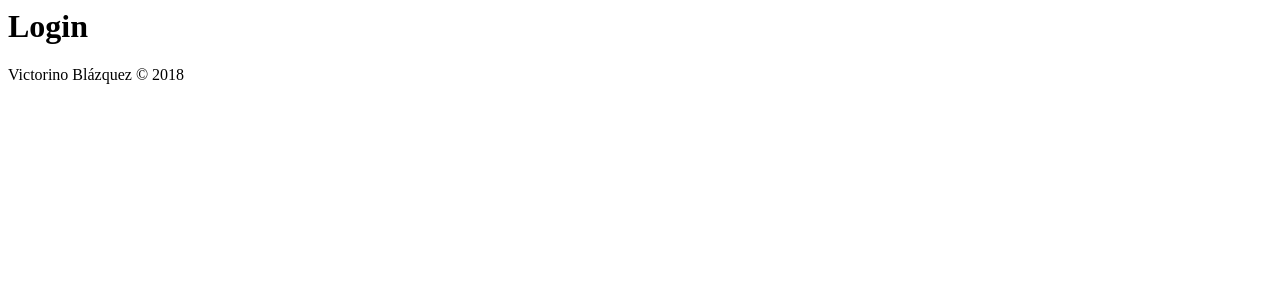
Repository: VictorinoBF97/ProjectPHP
Page: http://localhost/project/login/index.php
These files come from the project's save history. The page is drawn as it stood at one moment and after the next save; the edit follows.
The browser window is 1280 px wide. The pictures show the whole page.
The page is run by PHP 8.4 with error messages shown; the project is at /var/www/html/.

Above is the page before, as saved 2018-11-18 10:39:31.

### login/index.php
<?php

    require_once '../setup.php';
    require_once '../database/conexion.php';

?>




<!--Body-->
<h1>Login</h1>
<!--End Body -->

<?php
require_once '../includes/footer.php';
?>

### setup.php
<?php
//Construimos la URL
//TAREA: AÑADIR SOPORTE PARA EL PUERTO
$url = $_SERVER['REQUEST_SCHEME']."://";
$serverName = $_SERVER['SERVER_NAME']."/";
$urlParts = explode("/",$_SERVER['REQUEST_URI']);
    $request = $urlParts[1];

/** URL principal de la aplicación */
define ('APP_URL', $url.$serverName.$request);

/** Directorio principal de la aplicación en el servidor */
define ('APP_PATH', __DIR__);

/** Nombre de la aplicación */
define ('APP_NAME','project');

// Iniciar la sesion
session_start();

### database/conexion.php
<?php
//Recibe un servidor, el usuario,contraseña
$db = mysqli_connect("localhost", "root", "", "projectdb");
// if(mysqli_connect_errno()){
//     die("No hemos realizado correctamente la conexión a la BD");
// }else{
//     die("La conexión ha sido un éxito Houston");
// }
mysqli_query($db, "SET NAMES 'utf8'");
?>

### includes/footer.php
<footer id="footer" class="pb-4 pt-4">
    <div class="container">
        <div class="row text-center">
            <div class="col-12 col-lg">
                Victorino Blázquez &copy; 2018
            </div>
        </div>
    </div>
</footer>

<!-- Optional JavaScript -->
    <!-- jQuery first, then Popper.js, then Bootstrap JS -->
    <script src="https://code.jquery.com/jquery-3.3.1.slim.min.js" integrity="sha384-q8i/X+965DzO0rT7abK41JStQIAqVgRVzpbzo5smXKp4YfRvH+8abtTE1Pi6jizo" crossorigin="anonymous"></script>
    <script src="https://cdnjs.cloudflare.com/ajax/libs/popper.js/1.14.3/umd/popper.min.js" integrity="sha384-ZMP7rVo3mIykV+2+9J3UJ46jBk0WLaUAdn689aCwoqbBJiSnjAK/l8WvCWPIPm49" crossorigin="anonymous"></script>
    <script src="https://stackpath.bootstrapcdn.com/bootstrap/4.1.3/js/bootstrap.min.js" integrity="sha384-ChfqqxuZUCnJSK3+MXmPNIyE6ZbWh2IMqE241rYiqJxyMiZ6OW/JmZQ5stwEULTy" crossorigin="anonymous"></script>

    </body>
</html>

After the next save:
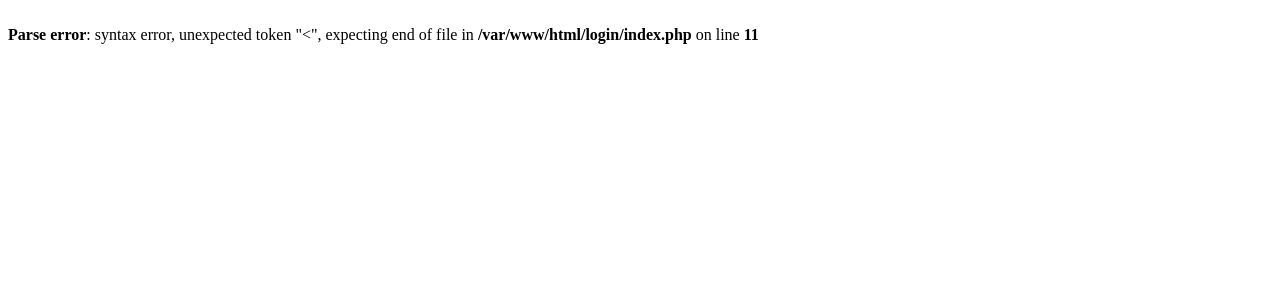
Saved 5 s later.
--- a/login/index.php
+++ b/login/index.php
@@ -3,7 +3,7 @@
     require_once '../setup.php';
     require_once '../database/conexion.php';
 
-?>
+
 
 
 

After the save that followed:
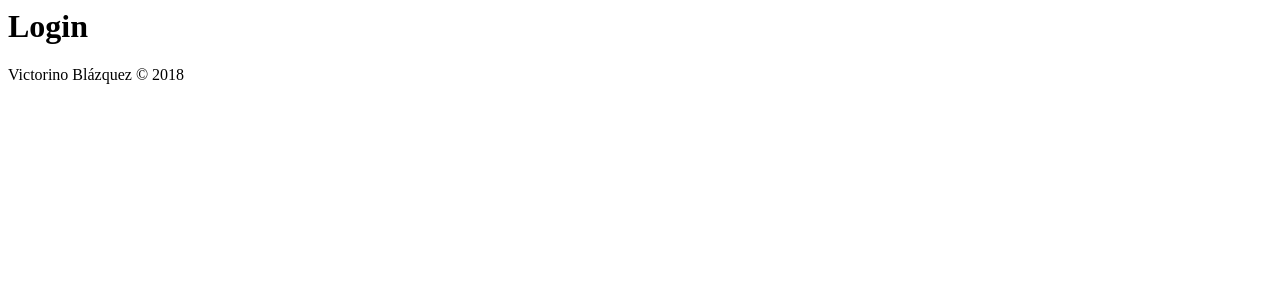
Saved 11 s later.
--- a/login/index.php
+++ b/login/index.php
@@ -3,7 +3,7 @@
     require_once '../setup.php';
     require_once '../database/conexion.php';
 
-
+?>
 
 
 
